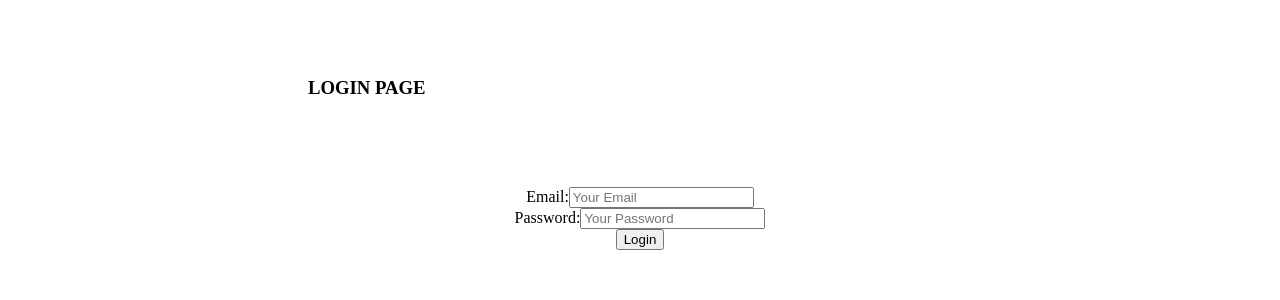
Repository: msibgathulla9980/Servlet
Page: LoginRegistrationApp/WebContent/login.html
The author's editor kept a copy of each file at every save. The page is drawn from the files as they stood at one save, then again after the next save.
The browser window is 1280 px wide. The pictures show the whole page.

Above is the page before, as saved 2019-01-23 05:19:24.

After the next save:
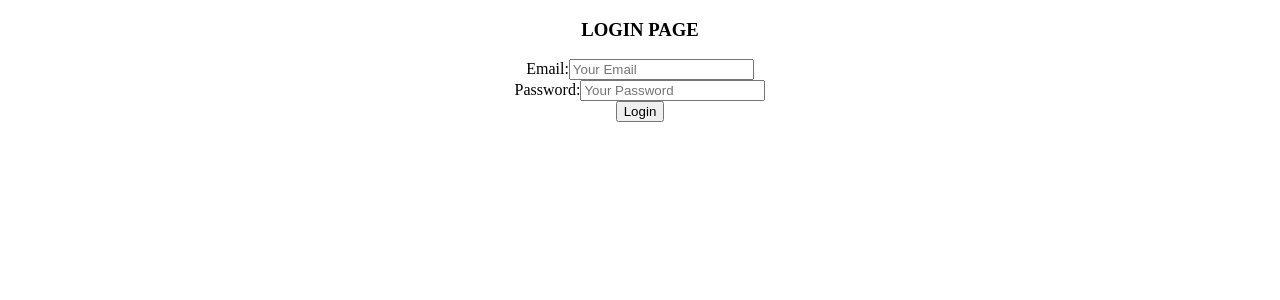
Saved 40 s later.
--- a/LoginRegistrationApp/WebContent/login.html
+++ b/LoginRegistrationApp/WebContent/login.html
@@ -1,7 +1,7 @@
 <!DOCTYPE html>
 <html>
 <head>
-<h3><b><object align="middle"></object>LOGIN PAGE</b></h3>
+<h3><b><center>LOGIN PAGE</b></center></h3>
 <meta charset="UTF-8">
 <title>Bridge Labz Registration</title>
 </head>
